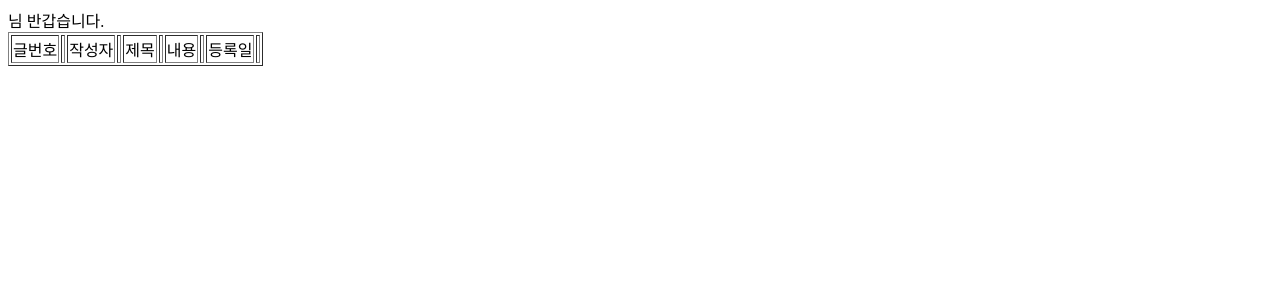
Repository: yejin-yun/server_script_game
Page: http://localhost/model1/bbs.jsp
The author's editor kept a copy of each file at every save. The page is drawn from the files as they stood at one save, then again after the next save.
The browser window is 1280 px wide. The pictures show the whole page.
The page is served by Tomcat 9. Other server files are loaded and not shown. Queries for data that is not in the repository find no rows.

Above is the page before, as saved 2020-02-13 18:32:48.

### Servlet_JSP/model1/WebContent/bbs.jsp
<%@ page language="java" contentType="text/html; charset=UTF-8"
    pageEncoding="UTF-8" import="java.sql.*, model1.*" %>
<%!
	//jsp life cycle을 이용한 디비 쿼리법이 효율적.
	Connection conn = null;
	String url = "jdbc:mysql://localhost:3306/mydb";
	String id = "owner";
	String pw = "1234";

	//초기화는 jsp가 한번 올라올 때 그 때 호출되는 단 한번의 메소드. 여기에 멤버변수 초기화를 함.
	public void jspInit() {
		System.out.println("멤버변수 초기화 : DB연결");
		//1단계: 드라이버 로드
		try {
			Class.forName("com.mysql.jdbc.Driver");
			//2단계: 연결하는 부분
			conn = DriverManager.getConnection(url, id, pw); // DriverManager.getConnection을 통해서 나온 객체는 커넥션 객체
			System.out.println("연결완료");
		} catch (Exception e) {
			// TODO Auto-generated catch block
			e.printStackTrace();
			System.out.println("연결실패");
		}
	}

	public void jspDestroy() { //소멸할 때는 멤버변수 해제
		try{
			if(conn != null)  {
				conn.close();
				System.out.println("연결 종료");
			}
		}
		catch (Exception e) {
			System.out.println("연결 종료 실패");
		}
		System.out.println("멤버변수 해제 : DB연결 종료");
	}
%>

<!DOCTYPE html>
<html>
<head>
<meta charset="UTF-8">
<title>Insert title here</title>
</head>
<body>
	${user.uid}님 반갑습니다. <br>
	<table border="1">
		<thead>
			<tr>
				<td>글번호<td>
				<td>작성자<td>
				<td>제목<td>
				<td>내용<td>
				<td>등록일<td>
			</tr>
		</thead>
		<tbody>
<%
	//uid 유니크하게 줘야함...
	//아이디, 비번 이용하여 쿼리 수행
	String sql = "select * from tbl_board order by bno desc;";
	//쿼리를 수행하는 코드
	Statement stmt = conn.createStatement();
	ResultSet rs = stmt.executeQuery(sql); //쿼리의 리턴 타입은 ResultSet
	//쿼리결과로 다음데이터가 존재하면 수행하라
	//담아서 뿌리는 방법이 있고, 여기서 직접 뿌리는 방법도 있고 다양함.

	while(rs.next()) { //여기서 루프가 돎.
%>
		<tr>
			<td><%= rs.getInt("bno") %></td>
			<td><%= rs.getString("writer") %></td>
			<td><%= rs.getString("title") %></td>
			<td><%= rs.getString("content") %></td>
			<td><%= rs.getString("regdate") %></td>
		</tr>
<%
	}
	rs.close();
	stmt.close();

%>

		</tbody>
	</table>
</body>
</html>

After the next save:
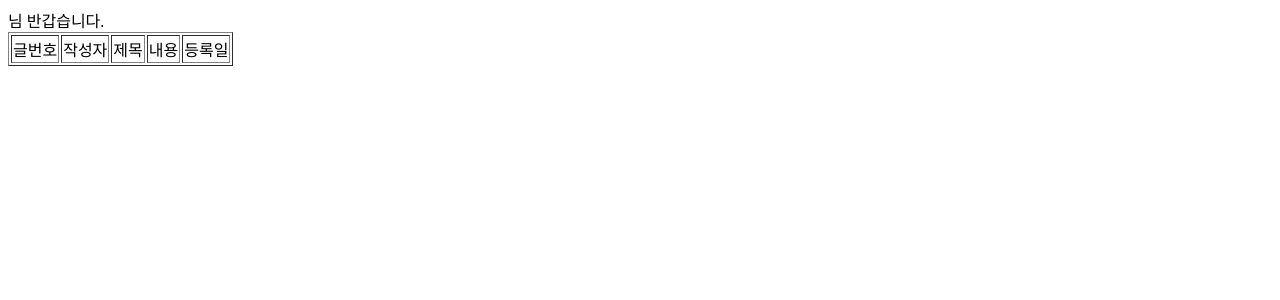
Saved 19 s later.
--- a/Servlet_JSP/model1/WebContent/bbs.jsp
+++ b/Servlet_JSP/model1/WebContent/bbs.jsp
@@ -48,11 +48,11 @@
 	<table border="1">
 		<thead>
 			<tr>
-				<td>글번호<td>
-				<td>작성자<td>
-				<td>제목<td>
-				<td>내용<td>
-				<td>등록일<td>
+				<td>글번호</td>
+				<td>작성자</td>
+				<td>제목</td>
+				<td>내용</td>
+				<td>등록일</td>
 			</tr>
 		</thead>
 		<tbody>
